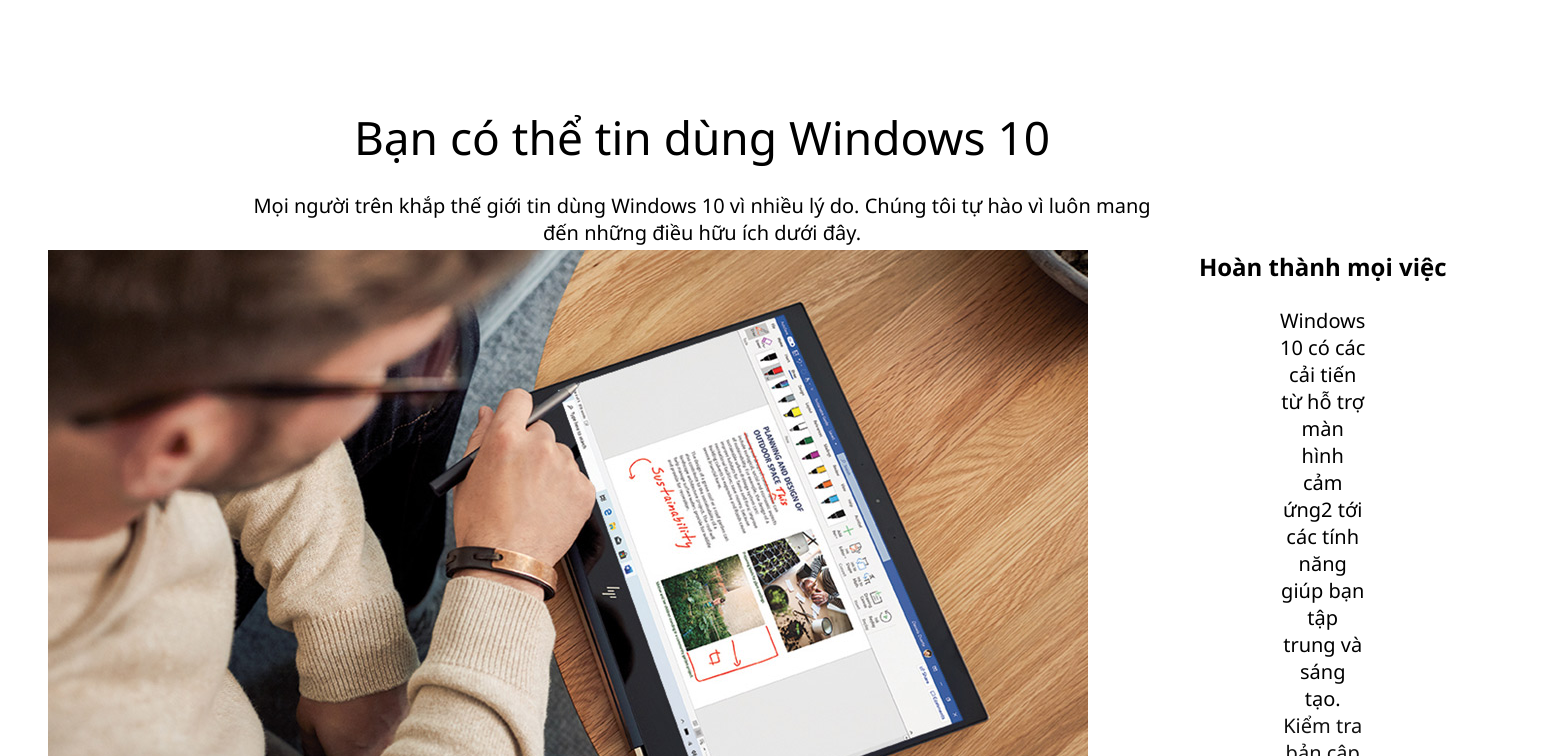
Repository: hoangphuong965/clone-Microsoft---practice
Page: index.html
The author's editor kept a copy of each file at every save. The page is drawn from the files as they stood at one save, then again after a run of saves.
The browser window is 1280 px wide. The page is 1557 px wide, then 1404 px, so the pictures cover 1557 px, including what lies to the right of the window. The pictures show the part of the page from y = 1408 to 2164 px (the page is 2334 px tall before and 2199 px after).

Above is the page before, as saved 2020-06-10 20:50:05.

### index.html
<!DOCTYPE html>
<html lang="en">

<head>
    <meta charset="UTF-8">
    <meta name="viewport" content="width=device-width, initial-scale=1.0">
    <link rel="stylesheet" href="https://maxcdn.bootstrapcdn.com/font-awesome/4.7.0/css/font-awesome.min.css">
    <link rel="stylesheet" href="style.css">
    <title>Khám phá HĐH Windows 10 | Microsoft</title>
</head>

<body>
    <!-- <div class="menu-btn">
        <i class="fa fa-bars" aria-hidden="true"></i>
    </div> -->
    <div class="container">

        <!-- navigation -->
        <nav class="navigation">
            <div class="navigation-left">
                <ul>
                    <div class="logo">
                        <img src="img/logo.png" alt="">
                    </div>
                    <div class="navigation-left-item">
                        <li><a href="">Windows</a></li>
                        <li class="win10">
                            <a href="">Windows 10</a>
                            <i class="fa fa-arrow-down" aria-hidden="true"></i>
                        </li>
                        <li><a href="">Ứng dụng</a></li>
                        <li><a href="">Trò chơi</a></li>
                        <li>
                            <a href="">Thêm</a>
                            <i class="fa fa-arrow-down" aria-hidden="true"></i>
                        </li>
                        <li class="buy">
                            <a href="" id="buy-win">MUA WINDOWS 10</a>
                        </li>
                    </div>
                </ul>
            </div>
            <div class="navigation-right">
                <ul>
                    <div class="navigation-right-item">
                        <li>
                            <a href="">Tất cả Microsoft</a>
                            <i class="fa fa-arrow-down" aria-hidden="true"></i>
                        </li>
                        <li>
                            <a href="">Tìm kiếm</a>
                            <i class="fa fa-search" aria-hidden="true"></i>
                        </li>
                        <li>
                            <a href="">Giỏ hàng</a>
                            <i class="fa fa-shopping-cart" aria-hidden="true"></i>
                        </li>
                        <li>
                            <a href="">Đăng nhập</a>
                            <i class="fa fa-sign-in" aria-hidden="true"></i>
                        </li>
                    </div>
                </ul>
            </div>
        </nav>
        <!-- Showcase -->
        <header class="showcase">
            <div class="showcase-text">
                <h1>Ý tưởng của bạn, Windows của bạn</h1>
                <p>Thỏa sức sáng tạo với công việc và tầm nhìn của bạn. Với Windows 10, bạn có thể làm nên những điều
                    tuyệt vời.</p>
            </div>
        </header>
        <!-- support -->
        <div class="support">
            <div class="using">
                <section class="using-img">
                    <img src="img/h1.jpg" alt="">
                </section>
                <section class="using-text">
                    <span>
                        <h1>Cách sử dụng Windows 10</h1>
                    </span>
                    <span>
                        <p>Dù bạn phải điều chỉnh lịch biểu hoặc phong cách làm việc của mình, Windows 10 đều có các
                            công cụ và tính năng để giúp bạn hoàn thành mọi việc.</p>
                    </span>
                    <span class="link">
                        <a href="#">NHẬN MẸO <i class="fa fa-arrow-right" aria-hidden="true"></i></a>
                    </span>
                </section>
            </div>
            <div class="request">
                <section class="request-img">
                    <img src="img/h2.jpg" alt="">
                </section>
                <section class="request-text">
                    <span>
                        <h1>Yêu cầu hỗ trợ</h1>
                    </span>
                    <span>
                        <p>Bạn cần hỗ trợ về Windows 10? Duyệt xem các câu hỏi thường gặp và diễn đàn hoặc liên hệ với
                            bộ
                            phận hỗ trợ khách hàng qua điện thoại hoặc tính năng trò chuyện. Yêu cầu hỗ trợ để giải
                            quyết
                            vấn đề nhanh chóng.</p>
                    </span>
                    <span class="link">
                        <a href="#">HỖ TRỢ WINDOWS <i class="fa fa-arrow-right" aria-hidden="true"></i></a>
                    </span>
                </section>
            </div>
        </div>
        <!-- feature -->
        <div class="feature">
            <div class="feature-text">
                <section>
                    <h1>Bạn có thể tin dùng Windows 10</h1>
                </section>
                <section>
                    <p>Mọi người trên khắp thế giới tin dùng Windows 10 vì nhiều lý do. Chúng tôi tự hào vì luôn mang đến những điều hữu ích dưới đây.</p>
                </section>
            </div>
            <div class="feature-1">
                <section class="feature-img-left">
                    <img src="img/h3.jpg" alt="">
                </section>
                <section class="feature-text-right">
                    <span>
                        <h2>Hoàn thành mọi việc</h2>
                    </span>
                    <span>
                        <p>Windows 10 có các cải tiến từ hỗ trợ màn hình cảm ứng2 tới các tính năng giúp bạn tập trung và sáng tạo. <a href="">Kiểm tra bản cập nhật Windows mới nhất.</a>
                        </p>
                    </span>
                </section>
            </div>
            <div class="feature-2"></div>
            <div class="feature-3"></div>
        </div>

    </div>

</body>

</html>

### style.css
* {
  margin: 0;
  padding: 0;
  box-sizing: border-box;
  font-family: "Segoe UI", SegoeUI, "Helvetica Neue", Helvetica, Arial,
    sans-serif;
}

.container {
  margin: auto;
  width: 1404px;
}

a {
  text-decoration: none;
  color: #111111;
  padding-bottom: 2px;
}
a:hover {
  border-bottom: 2px solid black;
}
/* navigation */
.navigation {
  display: flex;
  justify-content: space-between;
  margin: auto;
  width: 1250px;
  font-size: 15px;
}
.logo img {
  margin-top: 1.4rem;
  max-width: none;
  width: 108px;
}
.navigation-right-item,
.navigation-left-item {
  display: flex;
  margin: 1rem;
}
.navigation-right-item li,
.navigation-left-item li {
  list-style: none;
  margin: 10px;
}
.navigation-right ul,
.navigation-left ul {
  display: flex;
}
.win10 {
  margin-top: 5px !important;
}
.win10::before {
  content: "|";
  margin-right: 10px;
  font-weight: bold;
  font-size: 20px;
}
.buy {
  border: 1px solid;
  border-radius: 3px;
  height: 31px;
  padding: 6px;
  margin-top: 0px !important;
  font-weight: 600;
}
#buy-win:hover {
  text-decoration: underline !important;
  border-bottom: none;
}

/* showcase */
.showcase {
  position: relative;
  width: 100%;
  height: 712px;
  background: url(img/banner1.jpg) no-repeat center center/cover;
}
.showcase-text {
  position: absolute;
  width: 25rem;
  left: 60%;
  top: 40%;
}
.showcase-text h1 {
  font-size: 40px;
  line-height: 56px;
  padding: 37px 0 3px;
  font-weight: normal;
  font-family: "Trebuchet MS", "Lucida Sans Unicode", "Lucida Grande",
    "Lucida Sans", Arial, sans-serif;
}
.showcase-text p {
  font-size: 20px;
  line-height: 24px;
  font-family: "Times New Roman", Times, serif;
}

/* support */
.support {
  display: grid;
  grid-template-columns: auto auto;
  grid-gap: 24px;
  padding: 3rem 120px;
}

.using-img img,
.request-img img {
  width: 570px;
  height: 321px;
}

.using-text,
.request-text {
  padding-top: 1.2rem;
}

.using-text p,
.request-text p {
  padding: 2rem 0;
}

.link a {
  color: #0067b8;
  font-weight: 700;
}
.link a:hover {
  text-decoration: underline;
  border-bottom: none;
}

/* feature */
.feature {
  text-align: center;
  padding: 3rem;
}
.feature h1 {
  font-size: 46px;
  font-weight: 200;
  line-height: 56px;
  padding: 37px 0 3px;
}
.feature p {
  padding: 24px 12rem 4px;
  font-weight: 200;
  font-size: 20px;
}

.feature-1{
  display: grid;
  grid-template-columns: auto auto;
}

.feature-1 img{
  width: ;
}

After the next 3 saves:
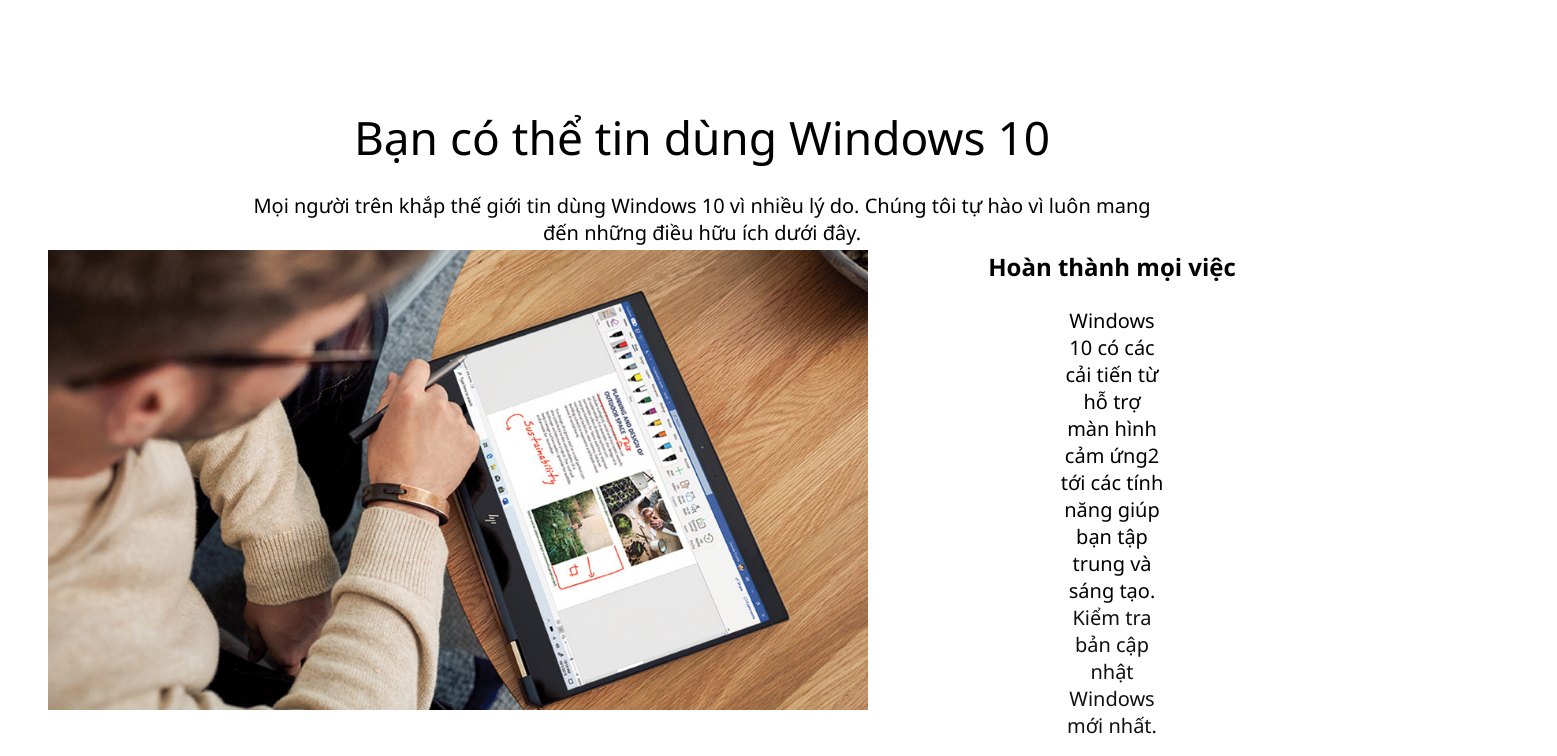
The 3 saves are shown as one change because they came seconds apart.
The last was saved 10 s later.
--- a/style.css
+++ b/style.css
@@ -151,5 +151,6 @@
 }
 
 .feature-1 img{
-  width: ;
+  width: 820px;
+  height: 460px;
 }
